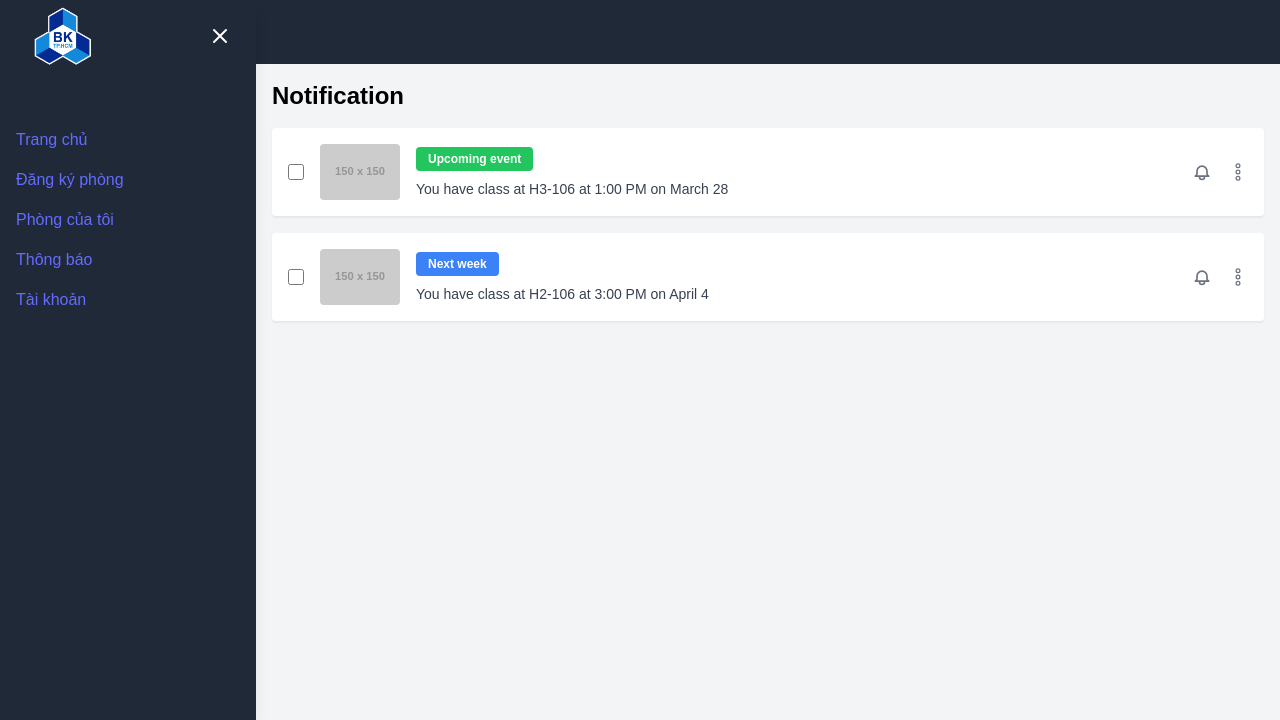
Repository: CNPM-S3MRS/frontend-web
Page: /notification
These files come from the project's save history. The page is drawn as it stood at one moment and after a run of saves; the edit follows.
The browser window is 1280 px wide. The pictures show the whole page.
The project was rebuilt for these pictures with package versions that can differ from the ones it lists, and the page was loaded fresh each time. Also part of the build but not shown: vite.config.js, src/pages/auth/Login.jsx.

Above is the page before, as saved 2025-04-09 02:50:48.

After the next 2 saves:
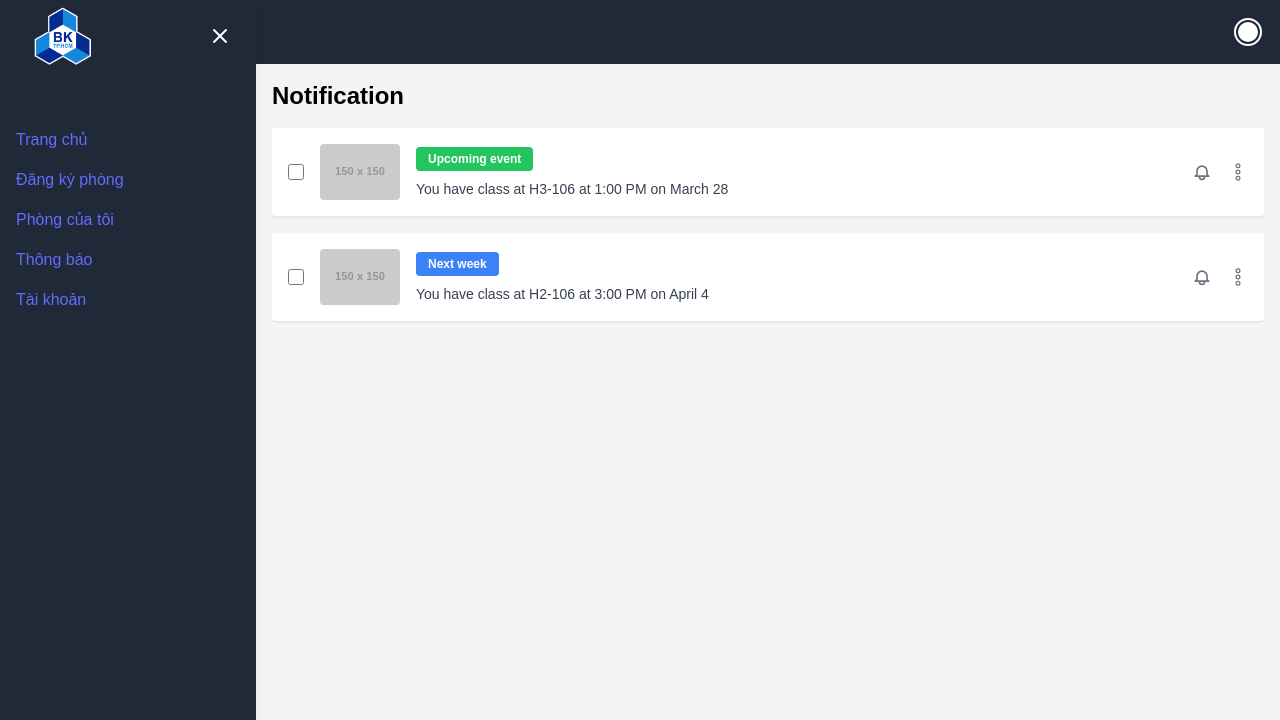
The 2 saves are shown as one change because they came seconds apart.
The last was saved 30 s later.
--- a/src/components/header/Header.jsx
+++ b/src/components/header/Header.jsx
@@ -31,8 +31,10 @@
           {/* Logo */}
           <img src={LogoBK} alt="Logo" className="w-17 h-16 object-contain" />
 
-          {/* Account */}
-          <button
+
+        </div>
+        {/* Account */}
+        <button
             className="header-button focus:outline-none"
             aria-label="Login"
             onClick={() => console.log("Login button clicked")} // Replace with your login logic
@@ -57,7 +59,6 @@
             />
             </svg>
         </button>
-        </div>
       </header>
     );
   };
